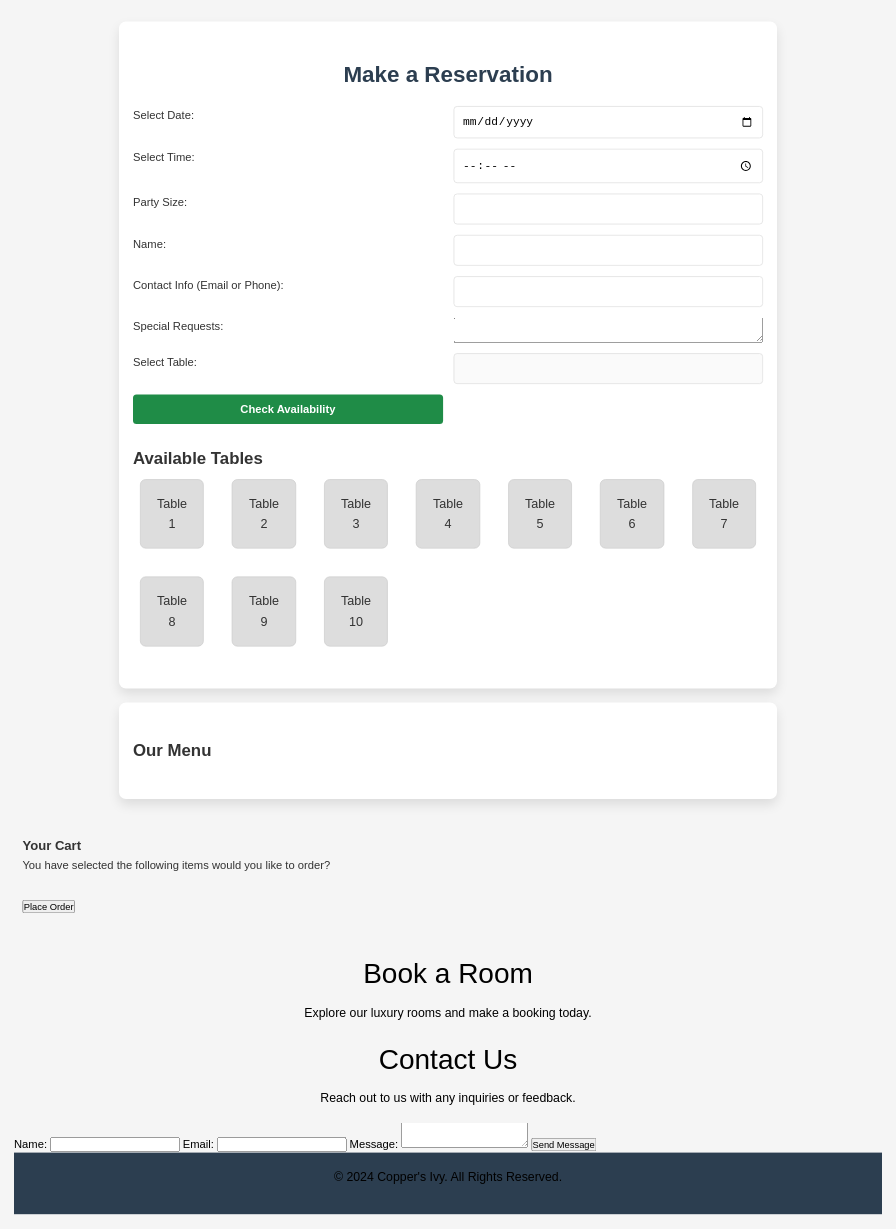
Repository: malingubarnice/Online-Reservation-System
Page: index.html
These files come from the project's save history. The page is drawn as it stood at one moment and after the next save; the edit follows.
The browser window is 1280 px wide. The pictures show the part of the page from y = 811 to 2731 px (the page is 2567 px tall before and 2731 px after), at 70% of full size.

Above is the page before, as saved 2025-01-07 15:16:27.

After the next save:
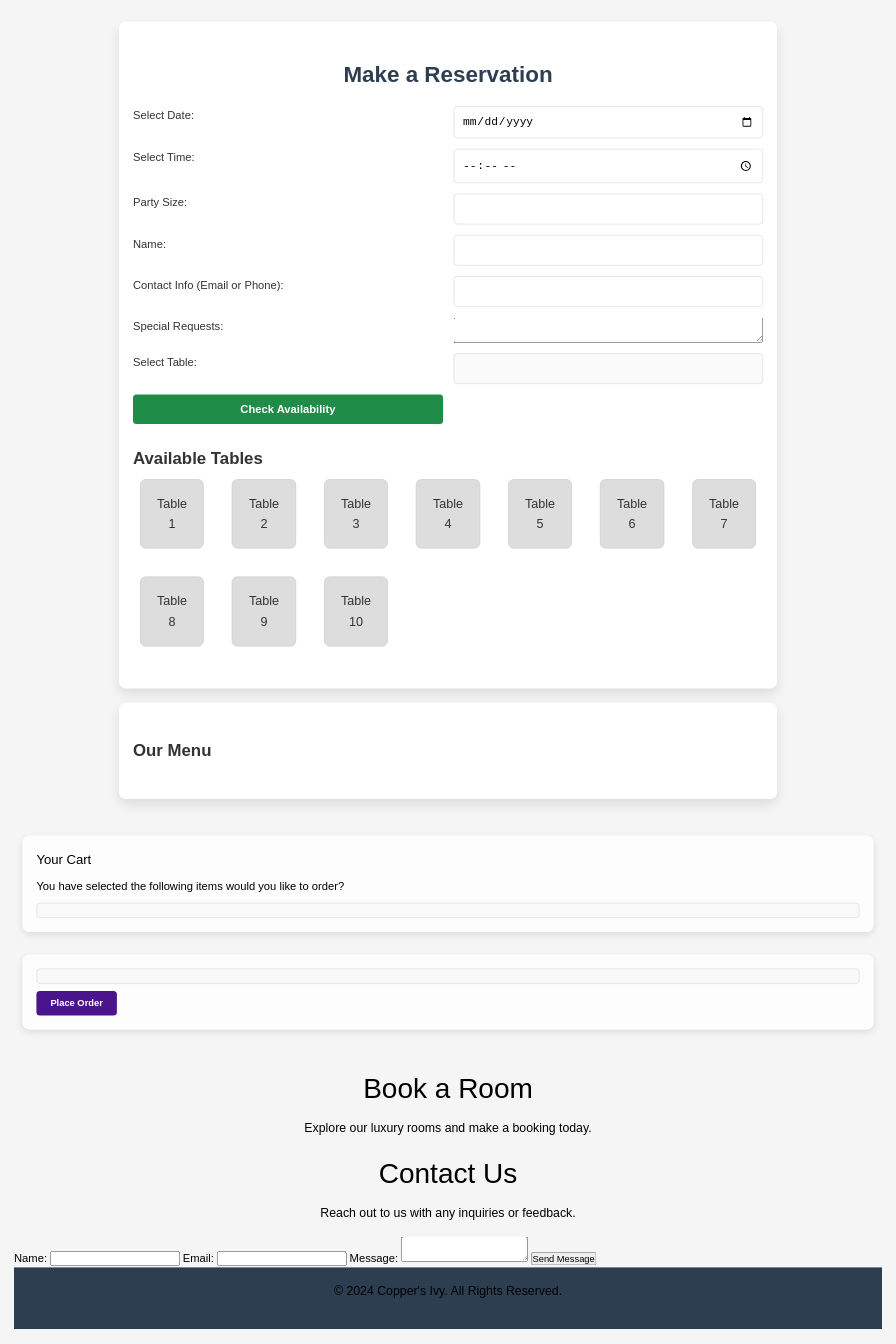
Saved 3 min 5 s later.
--- a/styles.css
+++ b/styles.css
@@ -539,3 +539,73 @@ footer {
     color: black; /* Sets the text to black */
     font-weight: lighter; /* Reduces the font weight */
 }
+
+
+/* Target the specific cart section and make the font weight lighter */
+#cart {
+    color: black;          /* Keeps the text color black */
+    font-weight: lighter;  /* Makes the font weight lighter */
+    padding: 20px;
+    background-color: rgba(255, 255, 255, 0.8); /* Translucent white background */
+    border-radius: 10px;
+    box-shadow: 0 4px 10px rgba(0, 0, 0, 0.1);  /* Soft shadow for depth */
+    margin-bottom: 20px;
+}
+
+/* Target the heading and paragraph inside the cart section */
+#cart h1, #cart p {
+    color: black;
+    font-weight: lighter;
+    margin-bottom: 10px;
+}
+
+/* Style the cart items dynamically loaded */
+#cart .cart-items {
+    color: black;
+    font-weight: lighter;
+    padding: 10px;
+    border: 1px solid #ddd;       /* Light border for separation */
+    border-radius: 5px;
+    background-color: #f9f9f9;    /* Slightly off-white background */
+}
+
+/* Style individual cart items */
+#cart .cart-item {
+    margin-bottom: 5px;
+}
+
+/* Target the order form and place order button */
+.order-form {
+    padding: 20px;
+    background-color: rgba(255, 255, 255, 0.8);
+    border-radius: 10px;
+    box-shadow: 0 4px 10px rgba(0, 0, 0, 0.1);
+}
+
+/* Style the order list within the order form */
+.order-form .order-list {
+    color: black;
+    font-weight: lighter;
+    padding: 10px;
+    border: 1px solid #ddd;
+    border-radius: 5px;
+    background-color: #f9f9f9;
+    margin-bottom: 10px;
+}
+
+/* Style the place order button */
+.order-form .place-order-btn {
+    padding: 10px 20px;
+    color: white;
+    background-color: #4a148c; /* Purple theme for the button */
+    border: none;
+    border-radius: 5px;
+    font-weight: bold;
+    cursor: pointer;
+    transition: background-color 0.3s ease;
+}
+
+/* Add hover effect for the place order button */
+.order-form .place-order-btn:hover {
+    background-color: #6a1b9a;
+}

After the 2 saves that followed:
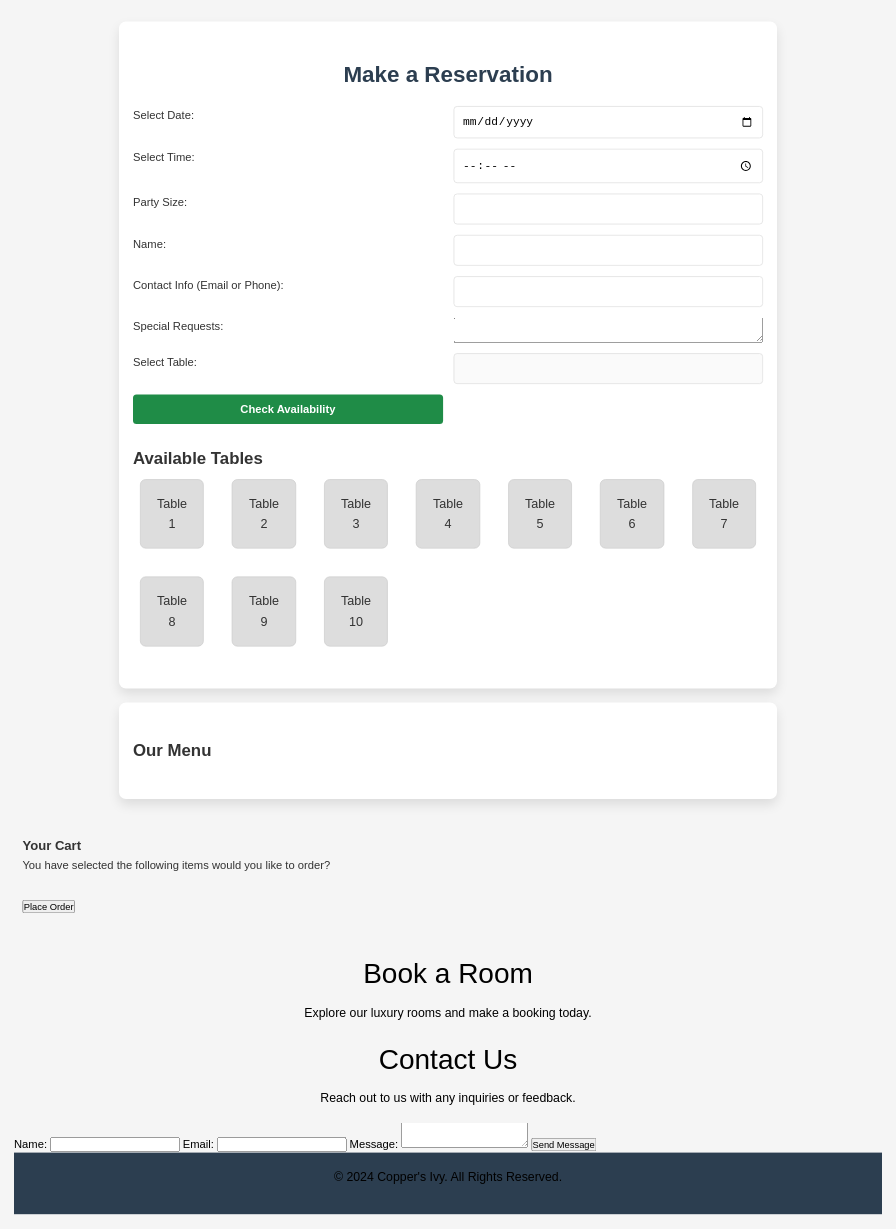
The 2 saves are shown as one change because 1 left the picture as it was.
The last was saved 2 min 4 s later.
--- a/styles.css
+++ b/styles.css
@@ -241,6 +241,11 @@ header nav ul li a:hover {
     max-width: 100%;
     border-radius: 5px;
 }
+
+
+
+
+
 
 /* Footer */
 footer {
@@ -539,73 +544,3 @@ footer {
     color: black; /* Sets the text to black */
     font-weight: lighter; /* Reduces the font weight */
 }
-
-
-/* Target the specific cart section and make the font weight lighter */
-#cart {
-    color: black;          /* Keeps the text color black */
-    font-weight: lighter;  /* Makes the font weight lighter */
-    padding: 20px;
-    background-color: rgba(255, 255, 255, 0.8); /* Translucent white background */
-    border-radius: 10px;
-    box-shadow: 0 4px 10px rgba(0, 0, 0, 0.1);  /* Soft shadow for depth */
-    margin-bottom: 20px;
-}
-
-/* Target the heading and paragraph inside the cart section */
-#cart h1, #cart p {
-    color: black;
-    font-weight: lighter;
-    margin-bottom: 10px;
-}
-
-/* Style the cart items dynamically loaded */
-#cart .cart-items {
-    color: black;
-    font-weight: lighter;
-    padding: 10px;
-    border: 1px solid #ddd;       /* Light border for separation */
-    border-radius: 5px;
-    background-color: #f9f9f9;    /* Slightly off-white background */
-}
-
-/* Style individual cart items */
-#cart .cart-item {
-    margin-bottom: 5px;
-}
-
-/* Target the order form and place order button */
-.order-form {
-    padding: 20px;
-    background-color: rgba(255, 255, 255, 0.8);
-    border-radius: 10px;
-    box-shadow: 0 4px 10px rgba(0, 0, 0, 0.1);
-}
-
-/* Style the order list within the order form */
-.order-form .order-list {
-    color: black;
-    font-weight: lighter;
-    padding: 10px;
-    border: 1px solid #ddd;
-    border-radius: 5px;
-    background-color: #f9f9f9;
-    margin-bottom: 10px;
-}
-
-/* Style the place order button */
-.order-form .place-order-btn {
-    padding: 10px 20px;
-    color: white;
-    background-color: #4a148c; /* Purple theme for the button */
-    border: none;
-    border-radius: 5px;
-    font-weight: bold;
-    cursor: pointer;
-    transition: background-color 0.3s ease;
-}
-
-/* Add hover effect for the place order button */
-.order-form .place-order-btn:hover {
-    background-color: #6a1b9a;
-}
